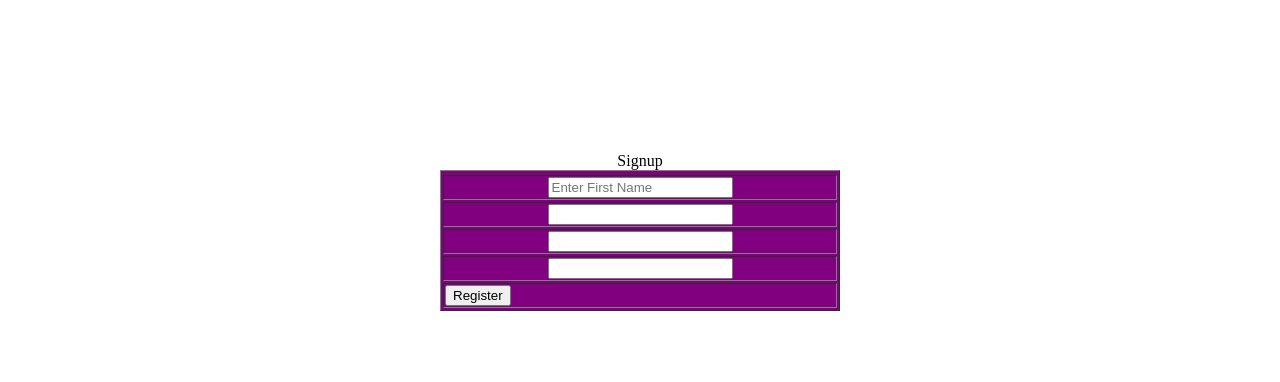
Repository: 1919satya/Mode2
Page: sample/sample/WebContent/sample.html
An editor plug-in stored every save of this project. The page is shown before and after the next save, followed by the edit.
The browser window is 1280 px wide. The pictures show the whole page.

Above is the page before, as saved 2019-10-10 13:05:26.

### sample/sample/WebContent/sample.html
<!DOCTYPE html>
<html>
<head>
<meta charset="ISO-8859-1">
<title>Insert title here</title>
</head>
<body>

<form >
<div class="container">
<table border="1" align="center" width="400" bgcolor="purple" >

  <tr>
    <caption>Signup</caption>

   <th><input type="text" placeholder="Enter First Name" name="firstName"  required></th><br/><br/>
   </tr>

   <tr>

    <th><input type="text"  name="lastName" required></th> <br/><br/>
    </tr>

    <tr>

   <th><input type="text"  name="email" required></th> <br/><br/>
   </tr>

<tr>

    <th><input type="password" name="psw" required></th> <br/><br/>
    </tr>


   <tr>
   <center>
    <td><button type="submit" class="registerbtn">Register</button>
    </center>
    </tr>

  </div>
</form>
</table>
</body>
</html>

After the next save:
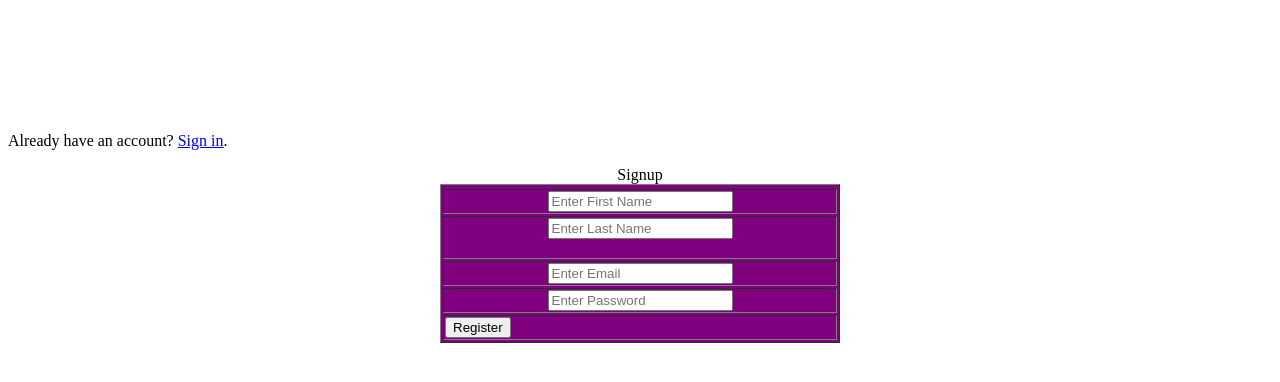
Saved 51 s later.
--- a/sample/sample/WebContent/sample.html
+++ b/sample/sample/WebContent/sample.html
@@ -13,22 +13,22 @@
   <tr>
     <caption>Signup</caption>
 
-   <th><input type="text" placeholder="Enter First Name" name="firstName"  required></th><br/><br/>
+   <th><input type="text" placeholder="Enter First Name" ></th><br/><br/>
    </tr>
 
    <tr>
 
-    <th><input type="text"  name="lastName" required></th> <br/><br/>
+    <th><input type="text" placeholder="Enter Last Name" ></td> <br/><br/>
     </tr>
 
     <tr>
 
-   <th><input type="text"  name="email" required></th> <br/><br/>
+   <th><input type="text" placeholder="Enter Email" ></th> <br/><br/>
    </tr>
 
 <tr>
 
-    <th><input type="password" name="psw" required></th> <br/><br/>
+    <th><input type="password" placeholder="Enter Password" ></th> <br/><br/>
     </tr>
 
 
@@ -39,6 +39,10 @@
     </tr>
 
   </div>
+
+  <div class="container signin">
+    <p>Already have an account? <a href="#">Sign in</a>.</p>
+  </div>
 </form>
 </table>
 </body>
